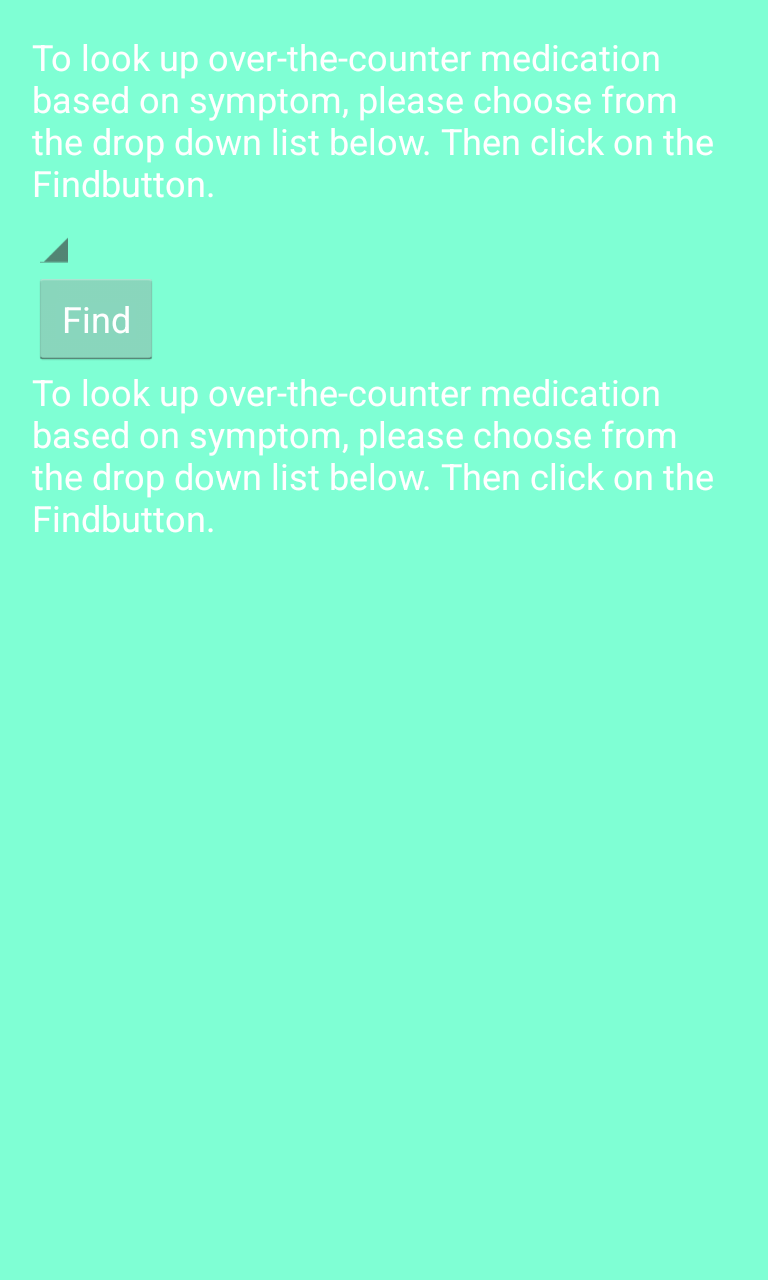
Repository: rosingrr/SympMeds
Layout: app/SympMeds/res/layout/activity_symptom_list.xml
An editor plug-in stored every save of this project. The layout is shown before and after the next save, followed by the edit.
It is drawn on a 768 x 1280 px phone screen (xhdpi) without system bars, with theme AppTheme; the app's code is not run.

Above is the layout before, as saved 2013-08-02 13:35:10.

### app/SympMeds/res/layout/activity_symptom_list.xml
<RelativeLayout xmlns:android="http://schemas.android.com/apk/res/android"
    xmlns:tools="http://schemas.android.com/tools"
    android:layout_width="match_parent"
    android:layout_height="match_parent"
    android:background="@color/aqua_marine"
    android:paddingBottom="@dimen/activity_vertical_margin"
    android:paddingLeft="@dimen/activity_horizontal_margin"
    android:paddingRight="@dimen/activity_horizontal_margin"
    android:paddingTop="@dimen/activity_vertical_margin"
    tools:context=".SymptomList" >

    <TextView
        android:id="@+id/sympInstr_textView"
        android:layout_width="wrap_content"
        android:layout_height="wrap_content"
        android:layout_alignParentLeft="true"
        android:text="@string/symptom_instructions"
        android:textColor="@color/white"
        android:textSize="18" />

    <Spinner
        android:id="@+id/symptom_spinner"
        android:layout_width="wrap_content"
        android:layout_height="wrap_content"
        android:layout_alignParentLeft="true"
        android:layout_below="@+id/sympInstr_textView" />

    <Button
        android:id="@+id/search_button"
        android:layout_width="wrap_content"
        android:layout_height="wrap_content"
        android:layout_alignParentLeft="true"
        android:layout_below="@+id/symptom_spinner"
        android:onClick="search"
        android:text="@string/search"
        android:textColor="@color/white" />

    <TextView
        android:id="@+id/TextView01"
        android:layout_width="wrap_content"
        android:layout_height="wrap_content"
        android:layout_alignLeft="@+id/search_button"
        android:layout_below="@+id/search_button"
        android:text="@string/symptom_instructions"
        android:textColor="@color/white"
        android:textSize="18" />

</RelativeLayout>

### app/SympMeds/res/values/Colors.xml
<?xml version="1.0" encoding="utf-8"?>
<resources>
    <color name = "white">#ffffffff</color>
    <color name = "aqua_marine">#ff66cccc</color>
</resources>

### app/SympMeds/res/values/colors.xml
<?xml version="1.0" encoding="utf-8"?>
<resources>
    <color name="red">#ffff0000</color>
    <color name="green">#ff00ff00</color>
    <color name="blue">#ff0000ff</color>
    <color name="transparent_red">#ffff0000</color>
    <color name="steel_blue">#ff4682B4</color>
    <color name="crimson">#ffdc143c</color>
    <color name="sea_green">#ff2e8b57</color>
    <color name="aqua_marine">#ff7fffd4</color>
    <color name="white">#ffffffff</color>
    <color name="darker_aqua_marine">#ff3f7f6a</color>
    <color name="color1">#ff66cccc</color>
    <color name="color2">#ff33cccc</color>
    <color name="color3">#ff00cccc</color>
</resources>

### app/SympMeds/res/values/strings.xml
<?xml version="1.0" encoding="utf-8"?>
<resources>

    <string name="app_name">SympMeds</string>
    <string name="action_settings">Settings</string>
    <string name="nearest_pharmacy">Nearest Pharmacy</string>
    <string name="welcome">This app is not meant to be used as a replacement of a doctor. If symptoms become severe and/ or persistent we recommend you see a doctor immediately.</string>
    <string name="start">Get Started</string>

    <string name="title_activity_symptom_list">SymptomList</string>
    <string name="symptom_instructions">To look up over-the-counter medication based on symptom, please choose from the drop down list below. Then click on the "Find" button.</string>
    <string name="search">Find</string>
    <string name="symptoms">Symptoms</string>
    <string name="symptom_instructions1">The button below searches for the closest pharmacy location to you. This button may be used at any point after opening the application.</string>

    <string name="title_activity_drug_list">DrugList</string>
    <string name="symptom_name">name of symptom</string>
    <string name="symptom_description">description of symptom</string>
    <string name="drug_instructions">Choose a drug from the drop-down list and then push the Get Info button to pull up the information on the drug.</string>
    <string name="get_info">Get Info</string>
    <string name="end">/////</string>

    <string name="title_activity_drug_info">DrugInfo</string>
    <string name="drug_name">name of drug</string>
    <string name="symptoms_label">Symptoms the drug treats:</string>
    <string name="side_effects_label">Side-Effects drug might have:</string>
    <string name="directions_label">Directions of use:</string>
    <string name="unknown">unknown</string>
    <string name="medications">Medications</string>

</resources>

Loaded but not shown: app/SympMeds/res/values/styles.xml (common file); app/SympMeds/res/values-v11/styles.xml (common file); app/SympMeds/res/values-v14/styles.xml (common file); app/SympMeds/res/values/dimens.xml (common file)

After the next save:
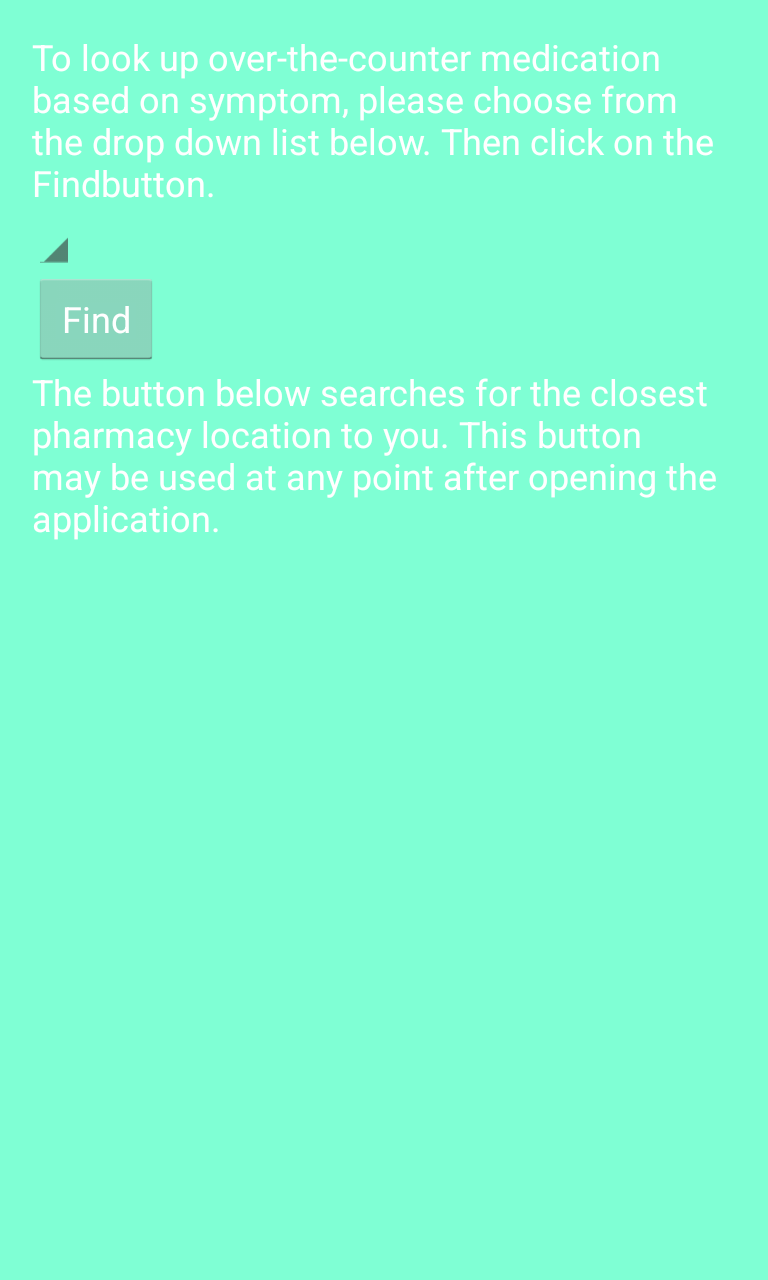
Saved 73 s later.
--- a/app/SympMeds/res/layout/activity_symptom_list.xml
+++ b/app/SympMeds/res/layout/activity_symptom_list.xml
@@ -41,7 +41,7 @@
         android:layout_height="wrap_content"
         android:layout_alignLeft="@+id/search_button"
         android:layout_below="@+id/search_button"
-        android:text="@string/symptom_instructions"
+        android:text="@string/symptom_instructions1"
         android:textColor="@color/white"
         android:textSize="18" />
 
